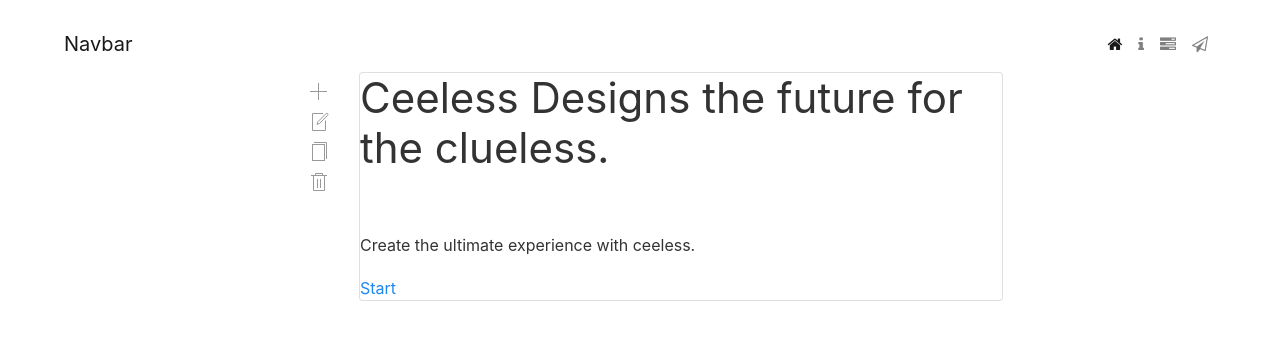
Repository: latenightsnacc/ceeless
Page: index.html
These files come from the project's save history. The page is drawn as it stood at one moment and after the next save; the edit follows.
The browser window is 1280 px wide. The pictures show the whole page.
Some web libraries are served in a nearby version. The style sheet was rebuilt from its Sass, Less or Tailwind sources for each picture, by a compiler version that may differ from the author's.

Above is the page before, as saved 2020-06-11 16:02:24.

After the next save:
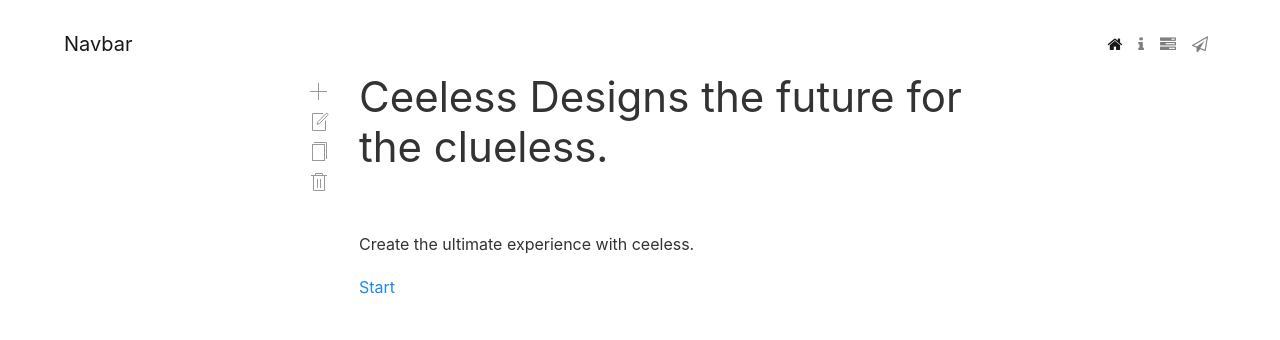
Saved 28 s later.
--- a/Styles/stylesheet.scss
+++ b/Styles/stylesheet.scss
@@ -30,3 +30,11 @@ body{
         }
     }
 }
+
+.header-wrapper{
+    .header-text{
+        .card{
+            border: none;
+        }
+    }
+}
